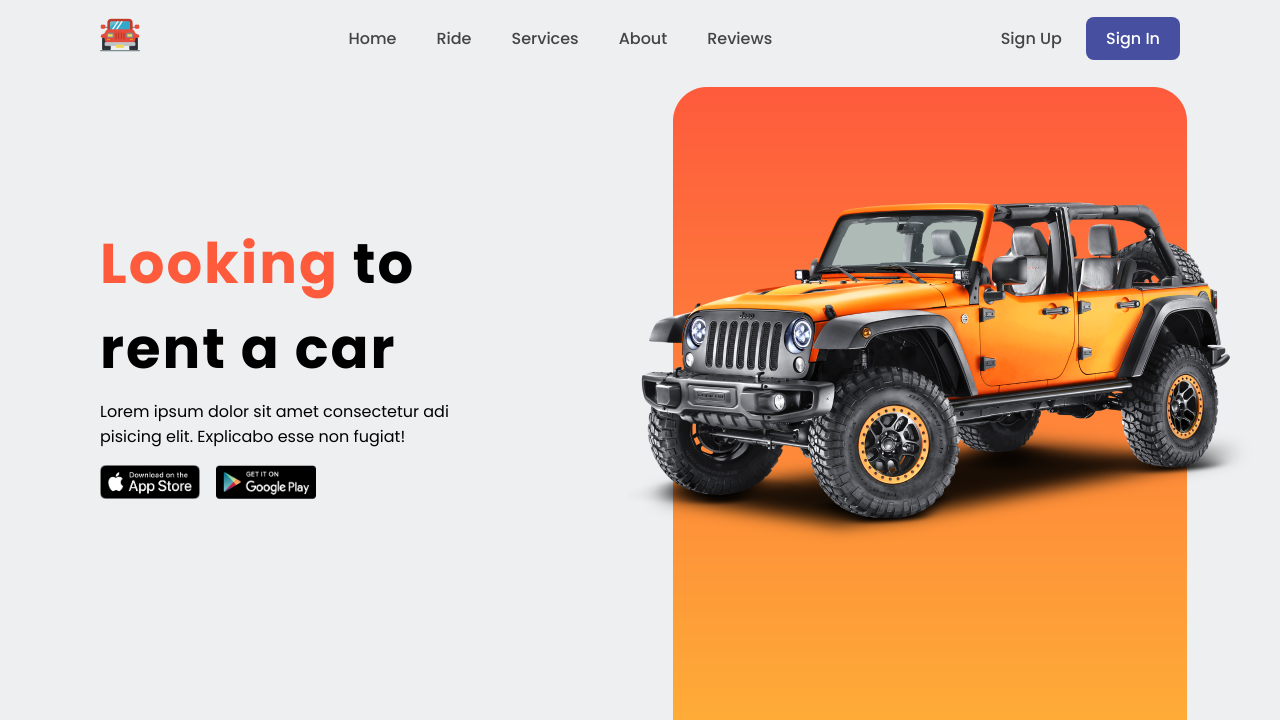
Repository: douglasabnovato/car-rental
Page: index.html
These files come from the project's save history. The page is drawn as it stood at one moment and after the next save; the edit follows.
The browser window is 1280 px wide. The pictures show the whole page.

Above is the page before, as saved 2025-05-16 11:53:02.

After the next save:
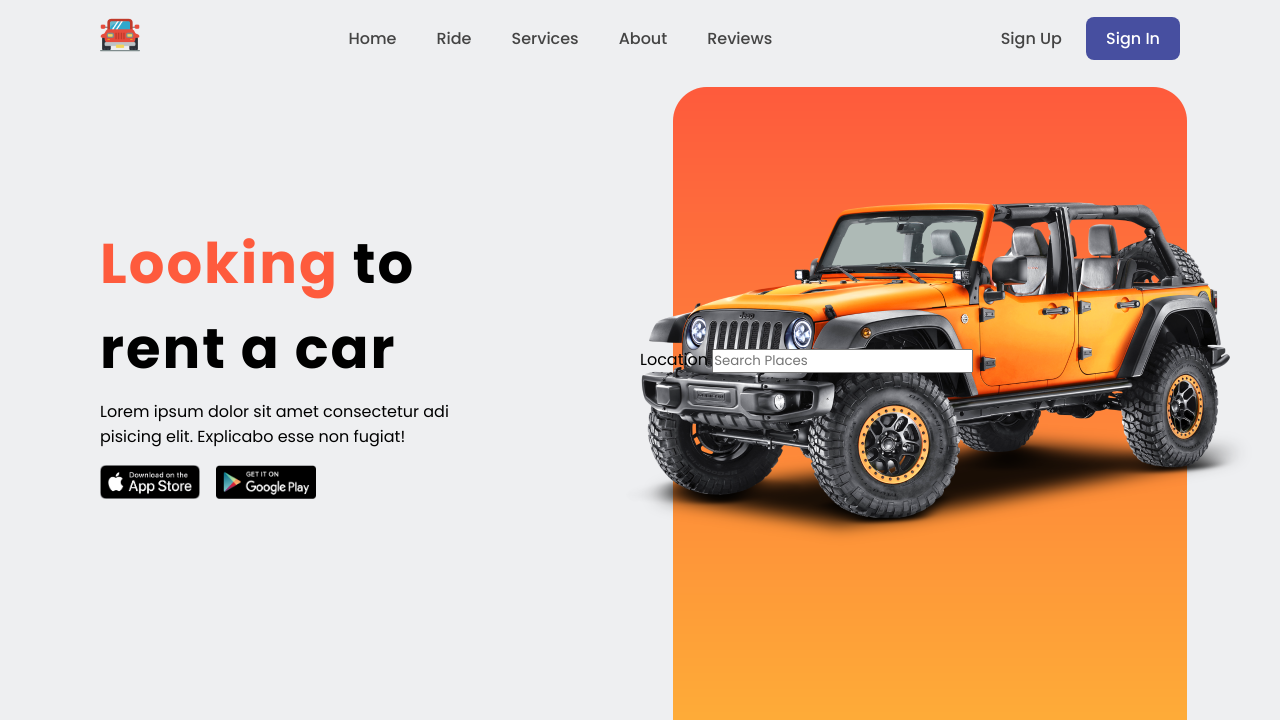
Saved 6 min 5 s later.
--- a/index.html
+++ b/index.html
@@ -47,7 +47,12 @@
         </div>
       </div>
       <div class="form-container">
-
+        <form action="">
+          <div class="input-box">
+            <span>Location</span>
+            <input type="search" name="" id="" placeholder="Search Places">
+          </div>
+        </form>
       </div>
     </section>
 
